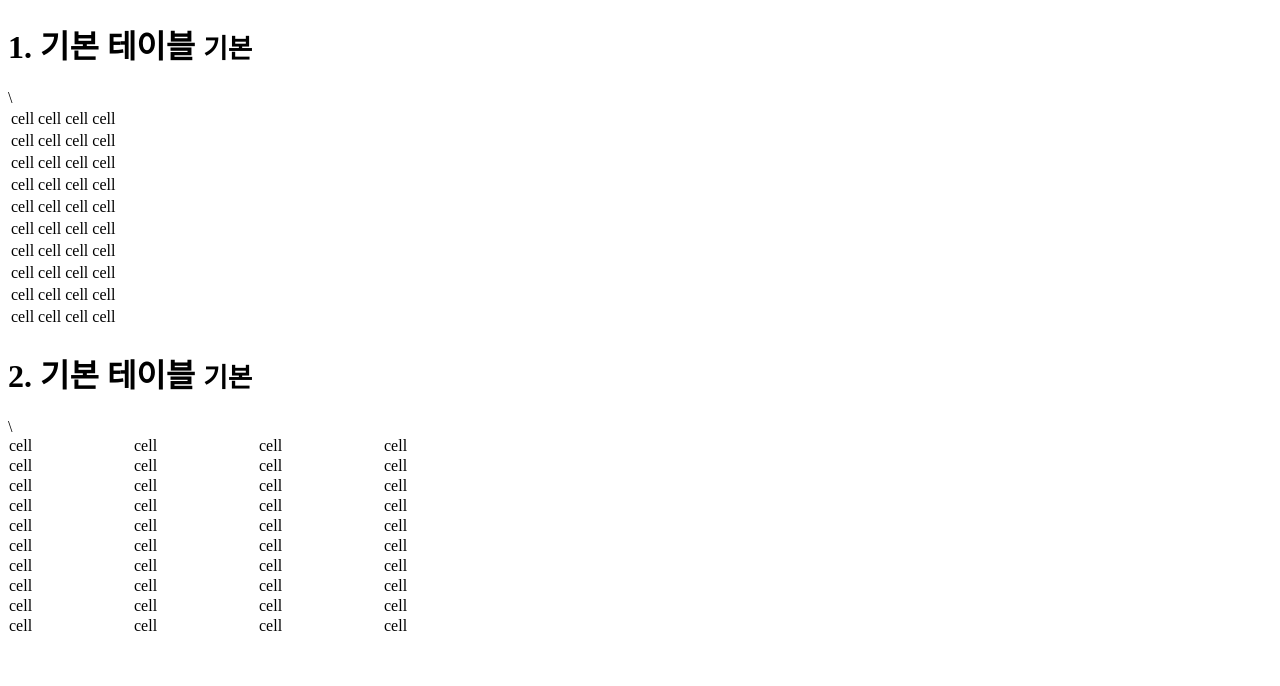
Repository: park-nahyun/BootstrapStudy
Page: BootstrapWork/WebContent/BootEx02.html
The author's editor kept a copy of each file at every save. The page is drawn from the files as they stood at one save, then again after the next save.
The browser window is 1280 px wide. The pictures show the whole page.

Above is the page before, as saved 2021-07-01 03:29:48.

### BootstrapWork/WebContent/BootEx02.html
<!DOCTYPE html>
<html>
<head>
<meta charset="UTF-8">
<title>BootEx02.html</title>

<style type="text/css">
	/* 테이블 기본 서식 */

	#table
	{
		width: 500px;
		border: 1px; solid black;
		border-collapse: collapse;
	}

</style>

</head>
<body>
<h1>1. 기본 테이블 <small>기본</small></h1>\
<!-- table>(tr>td{cell}*4)*10 -->
<table>
	<tr>
		<td>cell</td>
		<td>cell</td>
		<td>cell</td>
		<td>cell</td>
	</tr>
	<tr>
		<td>cell</td>
		<td>cell</td>
		<td>cell</td>
		<td>cell</td>
	</tr>
	<tr>
		<td>cell</td>
		<td>cell</td>
		<td>cell</td>
		<td>cell</td>
	</tr>
	<tr>
		<td>cell</td>
		<td>cell</td>
		<td>cell</td>
		<td>cell</td>
	</tr>
	<tr>
		<td>cell</td>
		<td>cell</td>
		<td>cell</td>
		<td>cell</td>
	</tr>
	<tr>
		<td>cell</td>
		<td>cell</td>
		<td>cell</td>
		<td>cell</td>
	</tr>
	<tr>
		<td>cell</td>
		<td>cell</td>
		<td>cell</td>
		<td>cell</td>
	</tr>
	<tr>
		<td>cell</td>
		<td>cell</td>
		<td>cell</td>
		<td>cell</td>
	</tr>
	<tr>
		<td>cell</td>
		<td>cell</td>
		<td>cell</td>
		<td>cell</td>
	</tr>
	<tr>
		<td>cell</td>
		<td>cell</td>
		<td>cell</td>
		<td>cell</td>
	</tr>
</table>


<h1>2. 기본 테이블 <small>기본</small></h1>\
<!-- table>(tr>td{cell}*4)*10 -->
<table id="table">
	<tr>
		<td>cell</td>
		<td>cell</td>
		<td>cell</td>
		<td>cell</td>
	</tr>
	<tr>
		<td>cell</td>
		<td>cell</td>
		<td>cell</td>
		<td>cell</td>
	</tr>
	<tr>
		<td>cell</td>
		<td>cell</td>
		<td>cell</td>
		<td>cell</td>
	</tr>
	<tr>
		<td>cell</td>
		<td>cell</td>
		<td>cell</td>
		<td>cell</td>
	</tr>
	<tr>
		<td>cell</td>
		<td>cell</td>
		<td>cell</td>
		<td>cell</td>
	</tr>
	<tr>
		<td>cell</td>
		<td>cell</td>
		<td>cell</td>
		<td>cell</td>
	</tr>
	<tr>
		<td>cell</td>
		<td>cell</td>
		<td>cell</td>
		<td>cell</td>
	</tr>
	<tr>
		<td>cell</td>
		<td>cell</td>
		<td>cell</td>
		<td>cell</td>
	</tr>
	<tr>
		<td>cell</td>
		<td>cell</td>
		<td>cell</td>
		<td>cell</td>
	</tr>
	<tr>
		<td>cell</td>
		<td>cell</td>
		<td>cell</td>
		<td>cell</td>
	</tr>
</table>
</body>
</html>

After the next save:
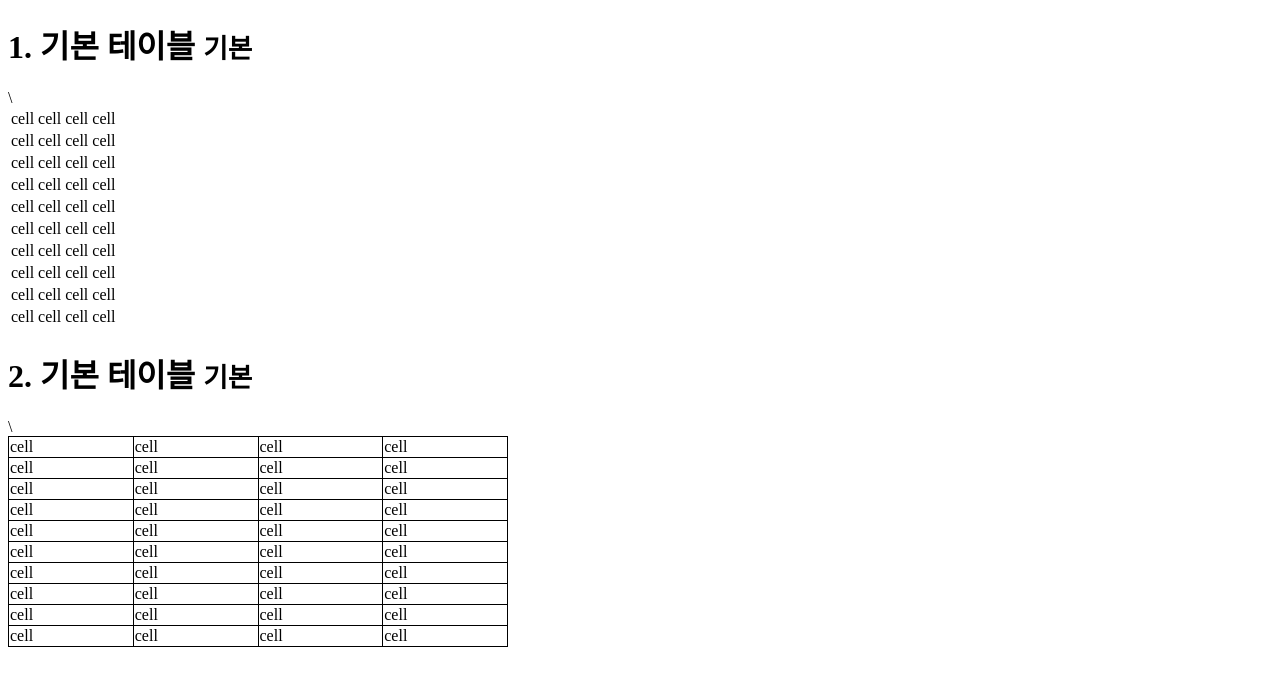
Saved 119 s later.
--- a/BootstrapWork/WebContent/BootEx02.html
+++ b/BootstrapWork/WebContent/BootEx02.html
@@ -13,6 +13,12 @@
 		border: 1px; solid black;
 		border-collapse: collapse;
 	}
+
+	#table td
+   {
+      border: 1px solid black;
+   }
+
 
 </style>
 
